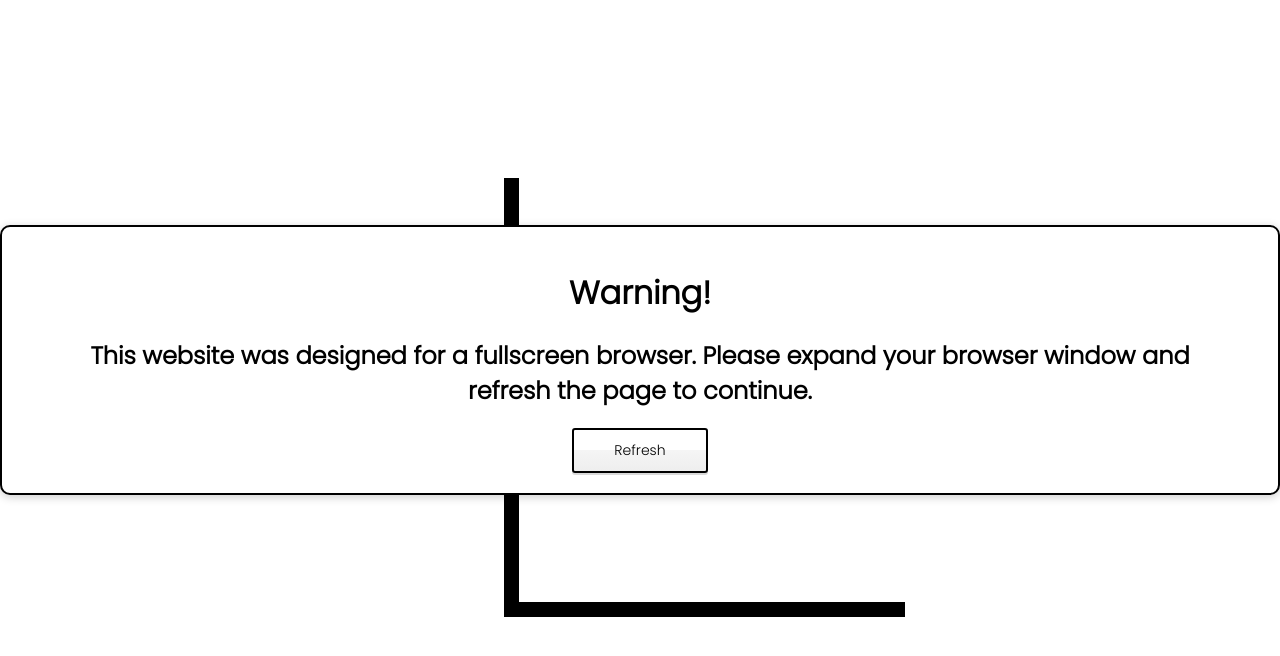
Repository: notMaximilian/maximilianaquino.github.io
Page: index.html
These files come from the project's save history. The page is drawn as it stood at one moment and after the next save; the edit follows.
The browser window is 1280 px wide. The pictures show the whole page.

Above is the page before, as saved 2022-02-04 09:36:41.
Console error: TypeError: Cannot read properties of null (reading 'style')

### index.html
<!DOCTYPE html>
<html lang="en">

<head>
  <meta charset="UTF-8">
  <meta name="viewport" content="width=device-width, initial-scale=1.0">
  <title>Max Aquino</title>
  <link rel="preconnect" href="https://fonts.googleapis.com">
  <link rel="preconnect" href="https://fonts.gstatic.com" crossorigin>
  <link href="https://fonts.googleapis.com/css2?family=Poppins:wght@300&display=swap" rel="stylesheet">
  <link rel="stylesheet" href="css/main.css">
</head>

<body>

  <div class="intro">
    <h1 class="name-header">
      <span class="name">Max</span><span class="name">imilian</span>
    </h1>
  </div>

  <div class="additional">

  </div>


  <div class="wrap">
    <div class="game-wrapper">
      <div class="game"></div>
      <img class="corners" src="img/corner-test.png">
      <div class="congratulations">
        <h1>Warning!</h1>
        <h2>This website was designed for a fullscreen browser. Please expand your browser window and refresh the page to continue. </h2>
        <button class="btn" onclick="window.location.reload()">Refresh</button>
      </div>
      <div class="game-over">
        <h1>GAME OVER</h1>
        <h2>You lost the game</h2>
        <button class="btn" onclick="window.location.reload()">Restart</button>
      </div>
    </div>
  </div>

  <!-- Maximilian Fade in and out -->


  <script src="js/app.js"></script>
  <!-- <script src="js/game.js"></script> -->
</body>

</html>

### css/main.css
html,
body {
  height: 100%;
  overflow: hidden;
}

body {
  margin: 0;
  font: 16px sans-serif;
}

.wrap {
  display: flex;
  flex-direction: column;
  height: 100%;
}


.game-wrapper {
  flex: 1;
  display: flex;
  justify-content: center;
  align-items: center;
  background: #ffffff;
}
.game {
  width: 100%;
  height: 100%;

  box-shadow: 0 2px 10px black;
  position: absolute;
}

@keyframes scroll-background {
  from {
    background-position-y: 0px;
  }
  to {
    background-position-y: 256px;
  }
}

.game .enemy {
  position: absolute;
  margin-left: -20px;
  margin-top: -18px;
  width: 40px;
}

.game .player {
  position: absolute;
  margin-left: -20px;
  width: 40px;
}

.game .laser {
  position: absolute;
  margin-left: -2.5px;
  height: 30px;
}

.game .enemy-laser {
  position: absolute;
  margin-left: -2.5px;
  height: 30px;
}

.congratulations {
  display: none;
  position: absolute;
  background: #ffffff;
  color: black;
  padding: 20px 50px;
  box-shadow: 0 2px 10px rgba(0, 0, 0, 0.2);
  border: 2px solid black;
  border-radius: 10px;
  text-align: center;
  animation: pop-in 1s;
  font-family: "Poppins", sans-serif;
}

.game-over {
  display: none;
  position: absolute;
  background: #6b1818;
  color: white;
  padding: 20px 50px;
  box-shadow: 0 2px 10px rgba(0, 0, 0, 0.2);
  border-radius: 10px;
  text-align: center;
  animation: pop-in 1s;
}

.btn {
  border: 2px solid black;
  border-radius: 3px;
  box-shadow: 0 2px rgba(0, 0, 0, 0.15);
  background: linear-gradient(
    to bottom,
    #fff 0%,
    #fff 49%,
    #f5f5f5 50%,
    #eee 100%
  );
  padding: 10px 40px;
  font-family: "Poppins", sans-serif;
  font-size: 14px;
}
@keyframes pop-in {
  0% {
    opacity: 0;
    transform: translate(0, -100px);
  }
  10% {
    opacity: 1;
  }
  50% {
    transform: translate(0, 30px);
  }
  100% {
    transform: translate(0, 0);
  }
}

.intro{
  position: fixed;
  z-index: 1;
  left: 0;
  top: 0;
  width: 100%;
  height: 100vh;
  background-color: black;
  transition: 1s;
}

.name-header{
  position: absolute;
  top: 40%;
  left: 50%;
  transform: translate(-50%, -50%);
  color: #ffffff;
}

.intro h1{
  font-family: "Poppins", sans-serif;
  font-size: 80px;
  margin: 0;
  padding: 0;
}

.name{
  position: relative;
  display: inline-block;
  bottom: -20px;
  opacity: 0;
}

.name.active{
  bottom: 0;
  opacity: 1;
  transition: ease-in-out 0.5s;
}

.name.fade{
  bottom: 150px;
  opacity: 0;
  transition: ease-in-out 0.5s;
}

.corners{
  transform: translate(5vw, 5vh);
}

### js/app.js
const KEY_CODE_LEFT = 37;
const KEY_CODE_RIGHT = 39;
const KEY_CODE_SPACE = 32;
let inverted = false;
const WINDOW_WIDTH = window.innerWidth - 50;
const WINDOW_HEIGHT = window.innerHeight;

const ROCKET_WIDTH = 20;
const ROCKET_MAX_SPEED = 300.0;
const LASER_MAX_SPEED = 600.0;
const LASER_COOLDOWN = 0.5;
let rocketSpawn = false;
const HEADERS_PER_ROW = 10;
const HEADER_HORIZONTAL_PADDING = 80;
const HEADER_VERTICAL_PADDING = 70;
const HEADER_VERTICAL_SPACING = 80;
const HEADER_COOLDOWN = 5.0;


const WINDOW_STATE = {
    lastTime: Date.now(),
    leftPressed: false,
    rightPressed: false,
    spacePressed: false,
    rocketX: WINDOW_WIDTH / 2,
    rocketY: WINDOW_HEIGHT - 300,
    rocketCooldown: 0,
    lasers: [],
    headers: [],
    headerLasers: [],
    fullscreen: false
  };

function setSize($element, width){
    $element.style.width = `${width}vw`;
    $element.style.height = "auto";
  }

function setPosition(el, x, y) {
    if(el == null){console.log('NULL')
    return;}
    el.style.transform = `translate(${x}px, ${y}px)`;
}

function setHeaderPosition(el, x, y) {
  if(el == null){console.log('NULL')
  return;}
  el.style.transform = `translate(${x}vw, ${y}vh)`;
}

// create user controlled rocket for selecting header elements
function createRocket($container) {
    rocketSpawn = true;
    const $rocket = document.createElement("img");
    if(inverted == true){$rocket.src = "img/rocket-inverted.png";}
    else{$rocket.src = "img/rocket.png";}
    $rocket.className = "rocket";
    if (WINDOW_WIDTH + 50 == 1920){
      setSize($rocket,9)
    }
    else{
      setSize($rocket, 7)
    }

    WINDOW_STATE.rocketY = 440;
    $container.appendChild($rocket);
}

function destroyRocket($container, rocket) {
    rocketSpawn = false;
    $container.removeChild(rocket);
    WINDOW_STATE.finalState = true;
    const audio = new Audio("sound/sfx-lose.ogg");
    audio.play();
}

function sleep(milliseconds) {
  var start = new Date().getTime();
  for (var i = 0; i < 1e7; i++) {
    if ((new Date().getTime() - start) > milliseconds){
      break;
    }
  }
}


function rectsIntersect(r1, r2) {
    return !(
        r2.left > r1.right ||
        r2.right < r1.left ||
        r2.top > r1.bottom ||
        r2.bottom < r1.top
    );
}



function clamp(v, min, max) {
    if (v < min) {
      return min;
    } else if (v > max) {
      return max;
    } else {
      return v;
    }
}

function rand(min, max) {
    // if (min === undefined) min = 0;
    // if (max === undefined) max = 1;
    // return min + Math.random() * (max - min);
  }

  function updateRocket(dt, $container) {
    if (WINDOW_STATE.leftPressed) {
      WINDOW_STATE.rocketX -= dt * ROCKET_MAX_SPEED;
    }
    if (WINDOW_STATE.rightPressed) {
      WINDOW_STATE.rocketX += dt * ROCKET_MAX_SPEED;
    }



    WINDOW_STATE.rocketX = clamp(
      WINDOW_STATE.rocketX,
      ROCKET_WIDTH,
      WINDOW_WIDTH - ROCKET_WIDTH
    );


    if (WINDOW_STATE.spacePressed && WINDOW_STATE.rocketCooldown <= 0) {
      createLaser($container, WINDOW_STATE.rocketX - 79,  WINDOW_STATE.rocketY-20);
      console.log(WINDOW_STATE.rocketX)
      WINDOW_STATE.rocketCooldown = LASER_COOLDOWN;
    }
    if (WINDOW_STATE.rocketCooldown > 0) {
      WINDOW_STATE.rocketCooldown -= dt;
    }

    const rocket = document.querySelector(".rocket");
    if(rocket == null){return;}
    setPosition(rocket, WINDOW_STATE.rocketX, WINDOW_STATE.rocketY + 200);
  }

  function createLaser($container, x, y) {
    if(rocketSpawn == false) {return;}
    const $element = document.createElement("img");
    console.log($element)
    if(inverted == true){$element.src="img/laser-inverted.png"}
    else{$element.src = "img/laser.png";}
    $element.className = "laser";
    $element.style.position = "absolute"
    $container.appendChild($element);
    const laser = { x, y, $element };
    WINDOW_STATE.lasers.push(laser);
    const audio = new Audio("sound/sfx-laser1.ogg");
    audio.play();
    setPosition($element, x, y);
  }

  function destroyHeader($container, header) {
    $container.removeChild(header.$element);
    header.isDead = true;
  }

  function destroyAll($container){
    const background = document.querySelector(".game-wrapper");
    background.style.background = 'white';
    const headers = WINDOW_STATE.headers;
    for (let x = 0; x < headers.length; x++){
      let head = headers[x];
      if (head.dead == true){continue}
      head.$element.style.opacity = 0;
      head.$element.style.transition = 'ease-in-out 0.5s';
      destroyHeader($container, head)
    }
    // destroyLaser($container, laser);
    const rocket = document.querySelector('.rocket')
    rocket.style.opacity = 0;
    rocket.style.transition = 'ease-in-out 0.5s'
    destroyRocket($container, rocket)
    WINDOW_STATE.lasers = WINDOW_STATE.lasers.filter(e => !e.isDead);
  }

  function updateLasers(dt, $container) {
    if(rocketSpawn == false) {return;}
    const lasers = WINDOW_STATE.lasers;
    for (let i = 0; i < lasers.length; i++) {
      const laser = lasers[i];
      laser.y -= dt * LASER_MAX_SPEED;
      if (laser.y < 0) {
        destroyLaser($container, laser);
      }
      setPosition(laser.$element, laser.x, laser.y);
      const r1 = laser.$element.getBoundingClientRect();
      const headers = WINDOW_STATE.headers;
      for (let j = 0; j < headers.length; j++) {
        const header = headers[j];
        if (header.isDead) continue;
        const r2 = header.$element.getBoundingClientRect();
        if (rectsIntersect(r1, r2)) {
          if (header.name == 'more' || header.name == 'back'){

              for (let x = 0; x < headers.length; x++){
              let head = headers[x];
              if (head.dead == true){continue}
              head.$element.style.opacity = 0;
              head.$element.style.transition = 'ease-in-out 0.5s';
              destroyHeader($container, head)
            }
            destroyLaser($container, laser);

            const rocket = document.querySelector('.rocket')
            rocket.style.opacity = 0;
            rocket.style.transition = 'ease-in-out 0.5s'
            destroyRocket($container, rocket)

            console.log(inverted)
            if(inverted == false){
              setTimeout(()=>{
                initInvert($container)
              },10)
            }
            else{
              setTimeout(()=>{
                init()
              },10)
            }
            WINDOW_STATE.lasers = WINDOW_STATE.lasers.filter(e => !e.isDead);
            return;
          }
        if (header.name == 'project'){
          WINDOW_STATE.fullscreen = false;
        }
          destroyHeader($container, header);

          break;
        }
      }
    }
    WINDOW_STATE.lasers = WINDOW_STATE.lasers.filter(e => !e.isDead);
  }

function destroyLaser($container, laser) {
    console.log('attempting to destroy')
    $container.removeChild(laser.$element);
    laser.isDead = true;
}

function createHeader($container, name, x, y, i, size) {

    let $element = document.createElement("img");
    let img = i;
    $element.src = img;
    $element.className = "header";
    $element.style.position = "absolute";
    setHeaderPosition($element, x, y);
    setSize($element, size)
    $element.style.transition = "all .2s ease-in-out";


    let header = {
        x,
        y,
        cooldown: rand(0.5, HEADER_COOLDOWN),
        $element,
        name,
        dead: false
    };

    // header.$element.addEventListener('mouseenter', ()=>{
    //   if (name == "about"){
    //     $element.style.width = "450px";
    //   }
    //   else if(name == "skills"){
    //     $element.style.width = "230px"
    //   }
    //   else if(name == "project"){
    //     $element.style.width = "350px"
    //   }
    //   else if(name == "more"){
    //     $element.style.width = "250px"
    //   }
    // })

    // header.$element.addEventListener('mouseleave', ()=>{
    //   if (name == "about"){
    //     $element.style.width = "400px"
    //   }
    //   else if(name == "skills"){
    //     $element.style.width = "180px"
    //   }
    //   else if(name == "project"){
    //     $element.style.width = "300px"
    //   }
    //   else if(name == "more"){
    //     $element.style.width = "200px"
    //   }

    // })

    $container.appendChild($element);
    WINDOW_STATE.headers.push(header);
  }

  function updateHeaders(dt, $container) {
    const dx = Math.sin(WINDOW_STATE.lastTime / 1000.0) * 50;
    const dy = Math.cos(WINDOW_STATE.lastTime / 1000.0) * 10;

    const headers = WINDOW_STATE.headers;
    for (let i = 0; i < headers.length; i++) {
      const header = headers[i];
      const x = header.x + dx;
      const y = header.y + dy;
    //   setPosition(header.$element, x, y);
      header.cooldown -= dt;
      if (header.cooldown <= 0) {
        createHeaderLaser($container, x, y);
        header.cooldown = HEADER_COOLDOWN;
      }
    }
    WINDOW_STATE.headers = WINDOW_STATE.headers.filter(e => !e.isDead);
  }



  function createHeaderLaser($container, x, y) {
    const $element = document.createElement("img");
    $element.src = "img/laser-red-5.png";
    $element.className = "header-laser";
    $container.appendChild($element);
    const laser = { x, y, $element };
    WINDOW_STATE.headerLasers.push(laser);
    setPosition($element, x, y);
  }

  function updateheaderLasers(dt, $container) {
    const lasers = WINDOW_STATE.headerLasers;
    for (let i = 0; i < lasers.length; i++) {
      const laser = lasers[i];
      laser.y += dt * LASER_MAX_SPEED;
      if (laser.y > WINDOW_HEIGHT) {
        destroyLaser($container, laser);
      }
      setPosition(laser.$element, laser.x, laser.y);
      const r1 = laser.$element.getBoundingClientRect();
      const rocket = document.querySelector(".rocket");
      const r2 = rocket.getBoundingClientRect();
      if (rectsIntersect(r1, r2)) {
        // Rocket was hit
        destroyRocket($container, rocket);
        break;
      }
    }
    WINDOW_STATE.headerLasers = WINDOW_STATE.headerLasers.filter(e => !e.isDead);
  }

  function init() {
    document.body.style.zoom = (window.innerWidth / window.outerWidth)
    inverted = false;
    const width = WINDOW_WIDTH + 50;
    const background = document.querySelector(".game-wrapper");
    console.log(width);
    if (width >= 1920){
      // background.style.backgroundImage = "url('img/background-white.png')";
      WINDOW_STATE.fullscreen = true;
    }
    else if (width == 1366){
      // background.style.backgroundImage = "url('img/background-white-1366x768.png')";
      WINDOW_STATE.fullscreen = true;
    }
    else{
      WINDOW_STATE.fullscreen == false
      document.querySelector(".congratulations").style.display = "block";
      return;
    }


    const $container = document.querySelector(".game");
    createRocket($container);
    createHeader($container, 'project', 10 -2.5, 20 , 'img/card2.png', 17);
    createHeader($container, 'about', 30 -2.5, 18, 'img/card1.png', 23);
    createHeader($container, 'skills', 56 -2.5, 19.5, 'img/card5.png', 10);
    createHeader($container, 'more', 70 -2.5, 19.5, 'img/card4.png', 10);
  }

  function initInvert($container,x ,y){
    inverted = true;
    const background = document.querySelector(".game-wrapper");
    const width = WINDOW_WIDTH + 50;
    console.log(width)
    if (width >= 1920){
      background.style.backgroundImage = "url('img/background-black.png')";
      WINDOW_STATE.fullscreen = true;
    }
    else if (width == 1366){
      background.style.backgroundImage = "url('img/background-black-1366x768.png')";
      WINDOW_STATE.fullscreen = true;
    }
    else{
      WINDOW_STATE.fullscreen == false
      document.querySelector(".congratulations").style.display = "block";
      return;
    }
    createRocket($container);
    createHeader($container, '2', 10 -2.5, 20 , 'img/inverted-card2.png', 17);
    createHeader($container, '1', 30 -2.5, 18 , 'img/inverted-card1.png', 23);
    createHeader($container, '3', 56 -2.5, 19.5 , 'img/inverted-card5.png', 10);
    createHeader($container, 'back', 70 -2.5, 19.5, 'img/inverted-card4.png', 10);
  }


  function rocketHasWon() {
    // return WINDOW_STATE.headers.length === 0;
  }


  function update(e) {
    const currentTime = Date.now();
    const $container = document.querySelector(".game");

    const dt = (currentTime - WINDOW_STATE.lastTime) / 1000.0;

    if (WINDOW_STATE.fullscreen == false) {
      destroyAll($container)
      // document.querySelector(".congratulations").style.display = "block";

      return;
    }

    // if (rocketHasWon()) {
    //   document.querySelector(".congratulations").style.display = "block";

    //   return;
    // }


    updateRocket(dt, $container);
    updateLasers(dt, $container);
    updateHeaders(dt, $container);
    updateheaderLasers(dt, $container);

    WINDOW_STATE.lastTime = currentTime;
    window.requestAnimationFrame(update);
  }

  function onKeyDown(e) {
    if (e.keyCode === KEY_CODE_LEFT ) {
      WINDOW_STATE.leftPressed = true;
    } else if (e.keyCode === KEY_CODE_RIGHT) {
      WINDOW_STATE.rightPressed = true;
    } else if (e.keyCode === KEY_CODE_SPACE) {
      WINDOW_STATE.spacePressed = true;
    }
  }

  function onKeyUp(e) {
    if (e.keyCode === KEY_CODE_LEFT) {
      WINDOW_STATE.leftPressed = false;
    } else if (e.keyCode === KEY_CODE_RIGHT) {
      WINDOW_STATE.rightPressed = false;
    } else if (e.keyCode === KEY_CODE_SPACE) {
      WINDOW_STATE.spacePressed = false;
    }
  }


intro = document.querySelector('.intro')
let name = document.querySelector('.name-header')
let logoSpan = document.querySelectorAll('.name')

 window.addEventListener('DOMContentLoaded', () =>{

    setTimeout(()=>{
        logoSpan.forEach((span, idx)=>{
            setTimeout(()=>{
                span.classList.add('active')
            }, (idx + 1) * 400)
        })


        setTimeout(()=>{
            logoSpan.forEach((span, idx)=>{
                setTimeout(()=>{
                    span.classList.remove('active')
                    span.classList.add('fade')
                }, (idx + 1) * 400)
            })
        },2000)

        setTimeout(()=>{
            intro.style.top = '-100vh';
            window.addEventListener("keydown", onKeyDown);
            window.addEventListener("keyup", onKeyUp);
            window.requestAnimationFrame(update);
            init();
        }, 2300)

    })
 })

After the next save:
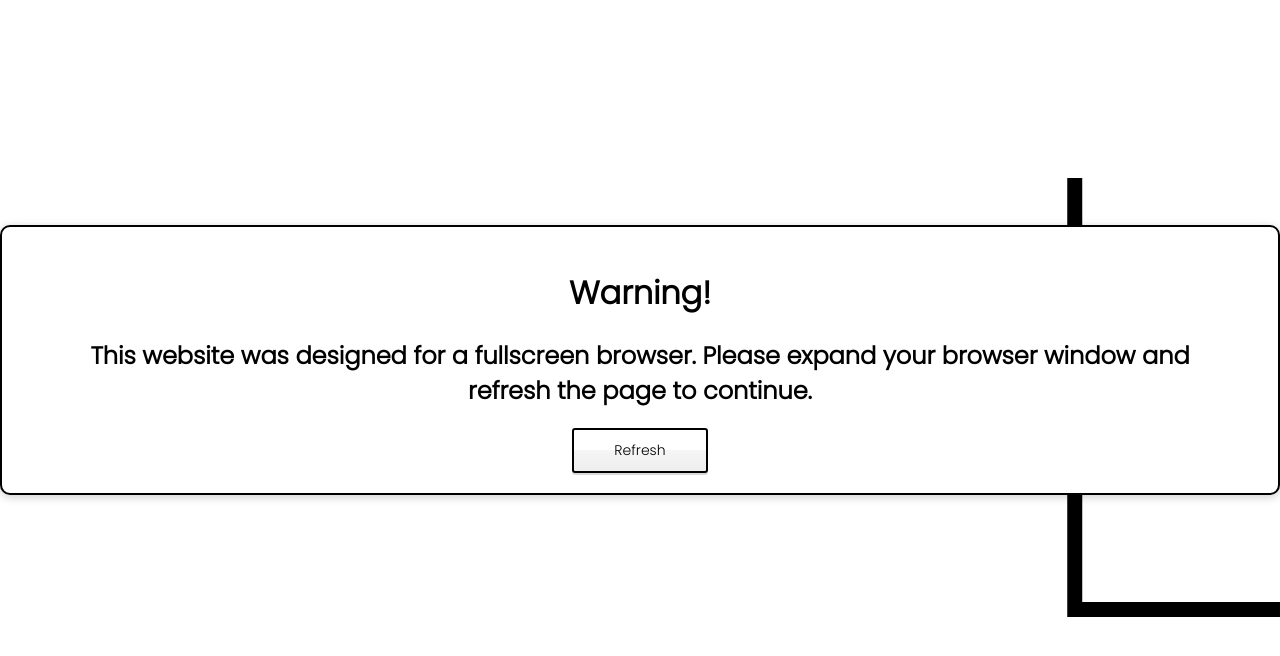
Saved 11 s later.
--- a/css/main.css
+++ b/css/main.css
@@ -168,5 +168,5 @@
 }
 
 .corners{
-  transform: translate(5vw, 5vh);
+  transform: translate(49vw, 5vh);
 }
